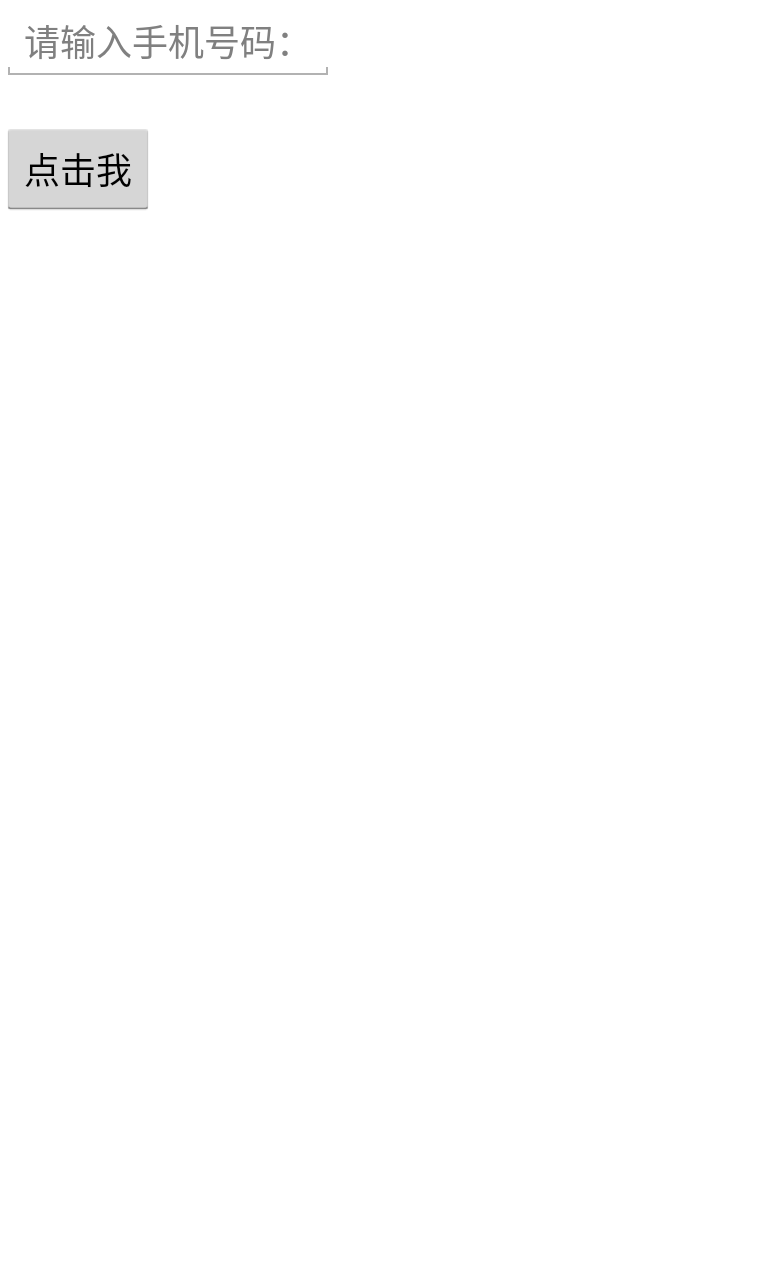
Repository: A207/guanjingjing
Layout: day4/Homework/res/layout/activity_main.xml
An editor plug-in stored every save of this project. The layout is shown before and after the next save, followed by the edit.
It is drawn on a 768 x 1280 px phone screen (xhdpi) without system bars, with theme AppTheme; the app's code is not run.

Above is the layout before, as saved 2015-07-10 07:15:12.

After the next save:
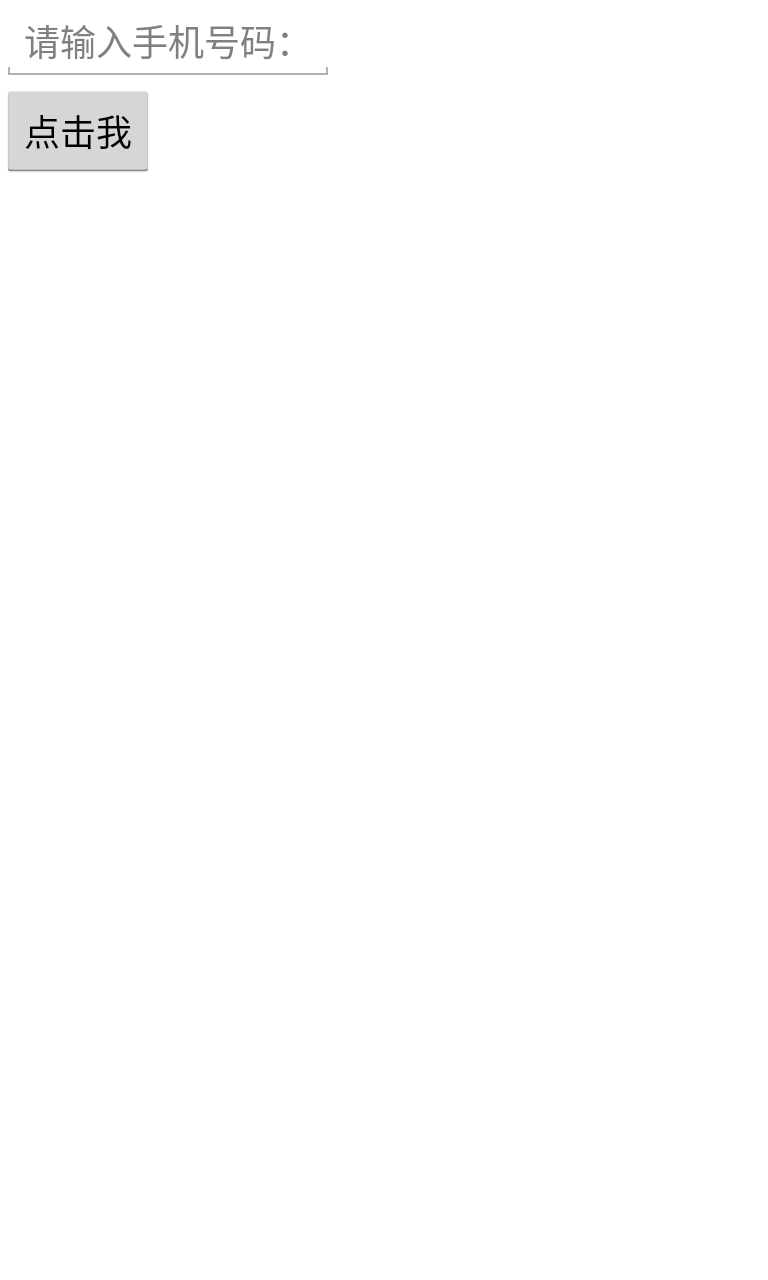
Saved 103 s later.
--- a/day4/Homework/res/layout/activity_main.xml
+++ b/day4/Homework/res/layout/activity_main.xml
@@ -10,13 +10,14 @@
         android:hint="请输入手机号码："
        	android:singleLine="true"
         android:id="@+id/editText" ></EditText>
+
+    <Button android:layout_width="wrap_content"
+        android:layout_height="wrap_content"
+        android:text="点击我"
+         ></Button>
     <TextView
         android:layout_width="wrap_content"
         android:layout_height="wrap_content"
         android:id="@+id/textView" ></TextView>
-    <Button android:layout_width="wrap_content"
-        android:layout_height="wrap_content"
-        android:text="点击我"
-         ></Button>
 
 </LinearLayout>
